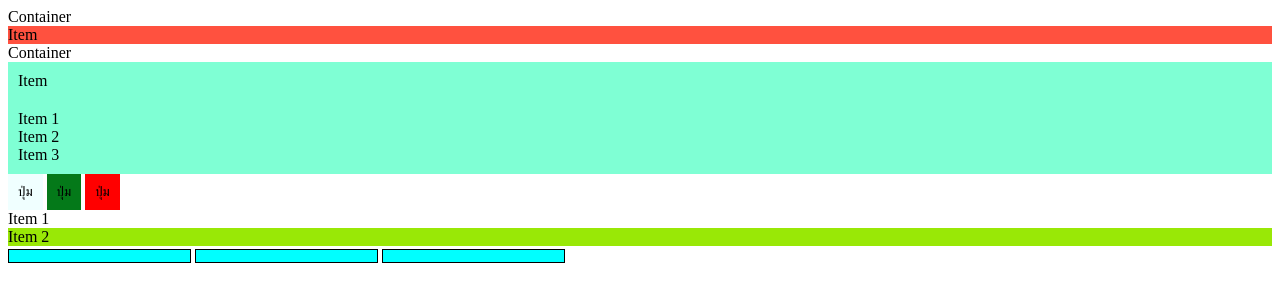
Repository: Onpreeya1/241-2567-820-
Page: index2.html
The author's editor kept a copy of each file at every save. The page is drawn from the files as they stood at one save, then again after a run of saves.
The browser window is 1280 px wide. The pictures show the whole page.

Above is the page before, as saved 2024-12-23 15:07:38.

After the next 2 saves:
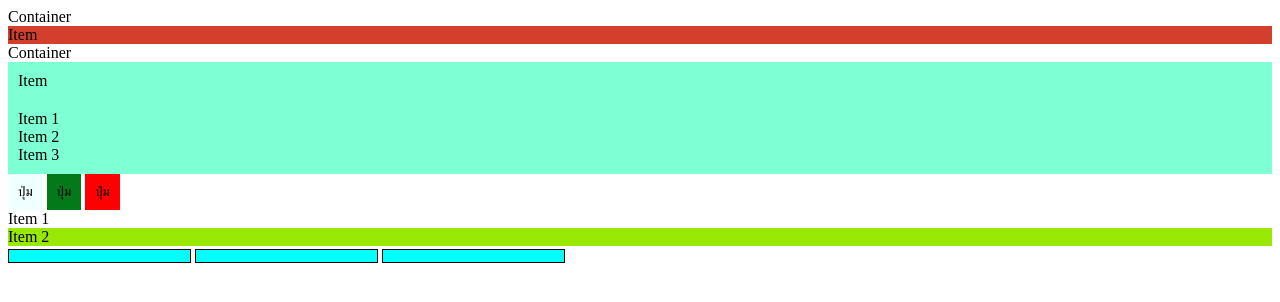
The 2 saves are shown as one change because they came seconds apart.
The last was saved 8 s later.
--- a/index2.html
+++ b/index2.html
@@ -6,7 +6,7 @@
     <title>Document</title>
     <style>
         .container .item{
-            background-color: rgba(255, 25, 0, 0.752);
+            background-color: rgb(212, 62, 45);
         }
         .main-container >  .item{
             background-color: aquamarine;
